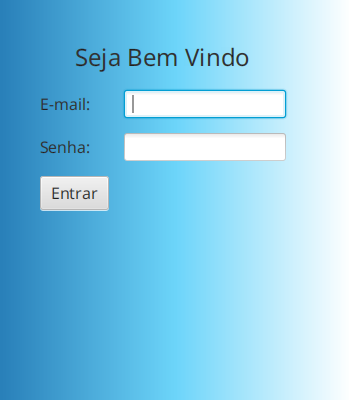
Repository: vitmac1/eclipse-workspace-project
Program's window: java exercicios-javafx/src/fxml/AppFXML.java
The author's editor kept a copy of each file at every save. The program's window is drawn from the files as they stood at one save, then again after the next save.
It runs on Java 21 on a 1366 x 768 screen with JavaFX 11; the title bar is not drawn.

Above is the program's window before, as saved 2022-10-21 19:57:27.

### exercicios-javafx/src/fxml/AppFXML.java
package fxml;

import java.net.URL;

import javafx.application.Application;
import javafx.fxml.FXMLLoader;
import javafx.scene.Scene;
import javafx.scene.layout.GridPane;
import javafx.stage.Stage;

public class AppFXML extends Application{

	@Override
	public void start(Stage primaryStage) throws Exception {
		String arquivoCSS = getClass().getResource("/fxml/Login.css").toExternalForm();
		URL arquivoFXML = getClass().getResource("/fxml/Login.fxml");
		GridPane raiz = FXMLLoader.load(arquivoFXML);

		Scene cena = new Scene(raiz, 350, 400);
		cena.getStylesheets().add(arquivoCSS);

		primaryStage.setResizable(false);
		primaryStage.setTitle("Tela Login");
		primaryStage.setScene(cena);
		primaryStage.show();
	}

	public static void main(String[] args) { launch(args); }
}

### exercicios-javafx/src/fxml/LoginControlador.java
package fxml;

import javafx.fxml.FXML;
import javafx.scene.control.TextField;
import javafx.scene.control.PasswordField;

public class LoginControlador {

	@FXML
	private TextField campoEmail;

	@FXML
	private PasswordField campoSenha;

	public void entrar() {
		System.out.println(campoEmail.getText());
		System.out.println(campoSenha.getText());
	}

}

### exercicios-javafx/src/fxml/Login.fxml
<?xml version="1.0" encoding="UTF-8"?>

<?import javafx.geometry.Insets?>
<?import javafx.scene.layout.*?>
<?import javafx.scene.control.*?>

<GridPane xmlns:fx="http://javafx.com/fxml/1"
	fx:controller="fxml.LoginControlador"
	styleClass="login" hgap="15" vgap="15">

	<padding>
		<Insets left="40" right="40" top="40"/>
	</padding>

	<Label text="Seja Bem Vindo"
		styleClass="login-titulo"
		GridPane.columnIndex="0" GridPane.rowIndex="0"
		GridPane.columnSpan="2" GridPane.halignment="CENTER"></Label>

	<Label text="E-mail: "
		styleClass="login-form-label"
		GridPane.columnIndex="0" GridPane.rowIndex="1"></Label>
	<TextField fx:id="campoEmail"
		GridPane.columnIndex="1" GridPane.rowIndex="1"></TextField>

	<Label text="Senha: "
		styleClass="login-form-label"
		GridPane.columnIndex="0" GridPane.rowIndex="2"></Label>
	<PasswordField fx:id="campoSenha"
		GridPane.columnIndex="1" GridPane.rowIndex="2"></PasswordField>

	<Button text="Entrar"
		styleClass="login-form-botao"
		GridPane.columnIndex="0" GridPane.rowIndex="3"
		onAction="#entrar">
	</Button>

</GridPane>

### exercicios-javafx/src/fxml/Login.css
.login {
	-fx-background-color: linear-gradient(to right, rgb(41, 128, 185), rgb(109, 213, 250), rgb(255, 255, 255));
}

.login-titulo{
	-fx-font-size: 24px;
	-fx-font-fill: #FFF;
}

.login-form-label{
	-fx-font-size: 16px;
	-fx-font-fill: #FFF;
}

.login-form-botao{
	-fx-font-size: 16px;
}

After the next save:
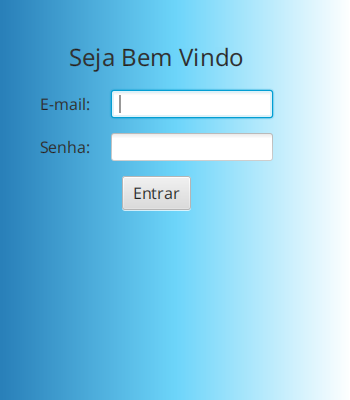
Saved 34 s later.
--- a/exercicios-javafx/src/fxml/Login.fxml
+++ b/exercicios-javafx/src/fxml/Login.fxml
@@ -32,6 +32,7 @@
 	<Button text="Entrar"
 		styleClass="login-form-botao"
 		GridPane.columnIndex="0" GridPane.rowIndex="3"
+		GridPane.columnSpan="2" GridPane.halignment="CENTER"
 		onAction="#entrar">
 	</Button>
 
